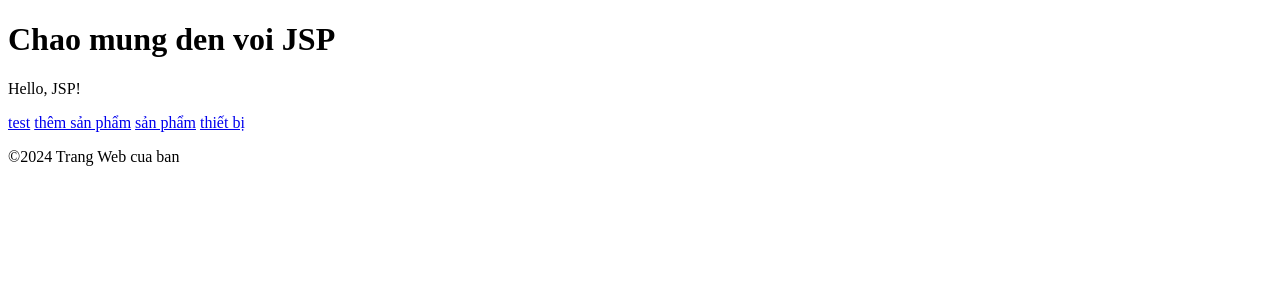
Repository: vuduckhoa/K22CNT2_VuDucKhoa_2210900032_project3
Page: http://localhost/K22CNT2_VuDucKhoa_2210900032_PRJ3/
The author's editor kept a copy of each file at every save. The page is drawn from the files as they stood at one save, then again after the next save.
The browser window is 1280 px wide. The pictures show the whole page.
The page is served by Tomcat 9. Other server files are loaded and not shown.

Above is the page before, as saved 2025-02-28 08:35:15.

### K22CNT2_VuDucKhoa_2210900032_PRJ3/src/main/webapp/index.jsp
<%@ page language="java" contentType="text/html; charset=UTF-8"
    pageEncoding="UTF-8"%>
<!DOCTYPE html>
<html>
<head>
<meta charset="UTF-8">
<title>Trang JSP demo</title>


</head>
<body>
<div class="header">
    <h1>Chao mung den voi JSP </h1>


   </div>
   <div class="content">
   <%
   // viet ma Java o day
    String message = " Hello, JSP!";
   out.print("<p>" + message + "</p>");
   %>
   </div>
    <a href="list">test</a>
   <a href="saveform">thêm sản phẩm</a>
  <td><a href="viewform" class="view-more-link">sản phẩm</a></td>
     <a href="xxx">thiết bị </a>

   <div class="footer">
   <p>&copy;2024 Trang Web cua ban </p>
   </div>

</body>
</html>

After the next save:
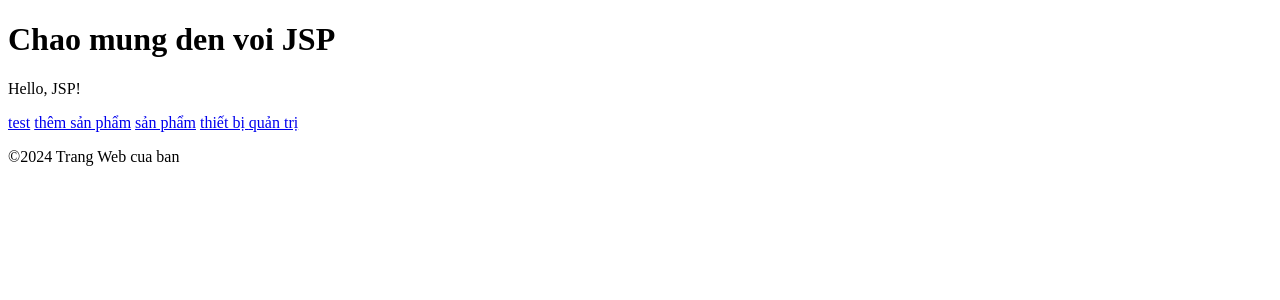
Saved 34 s later.
--- a/K22CNT2_VuDucKhoa_2210900032_PRJ3/src/main/webapp/index.jsp
+++ b/K22CNT2_VuDucKhoa_2210900032_PRJ3/src/main/webapp/index.jsp
@@ -25,6 +25,7 @@
    <a href="saveform">thêm sản phẩm</a>
   <td><a href="viewform" class="view-more-link">sản phẩm</a></td>
      <a href="xxx">thiết bị </a>
+       <a href="xxx">quản trị </a>
 
    <div class="footer">
    <p>&copy;2024 Trang Web cua ban </p>
